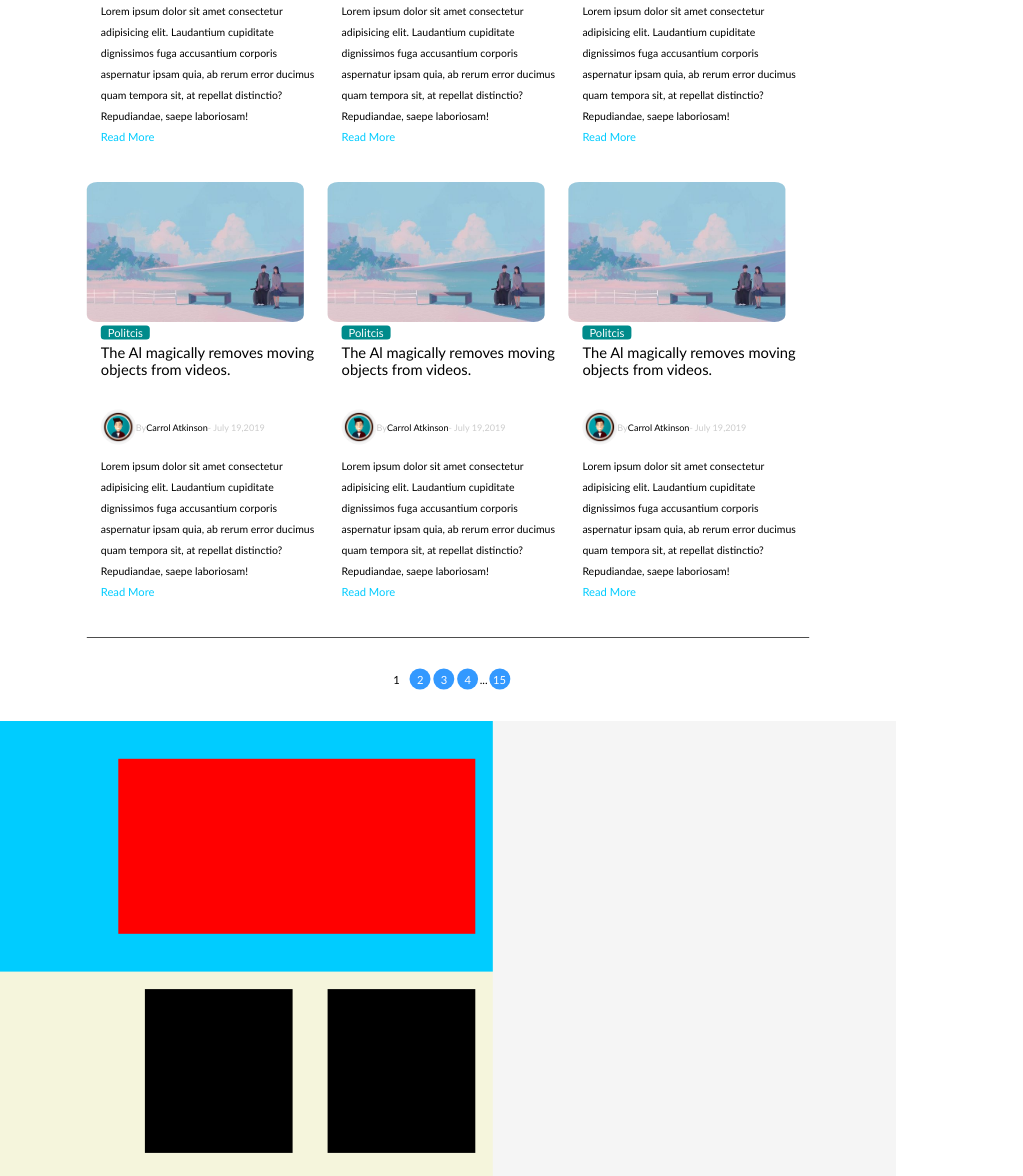
Repository: giacatdat2k5/html3
Page: html3.vs/7.1.html
These files come from the project's save history. The page is drawn as it stood at one moment and after the next save; the edit follows.
The browser window is 1280 px wide. The page is 1462 px wide, so the pictures cover 1462 px, including what lies to the right of the window. The pictures show the part of the page from y = 1710 to 3390 px (the page is 3390 px tall), at 70% of full size.

Above is the page before, as saved 2023-09-27 19:54:14.

### html3.vs/7.1.html
<!DOCTYPE html>
<html lang="en">
<head>
    <meta charset="UTF-8">
    <meta name="viewport" content="width=device-width, initial-scale=1.0">
    <title>7.2</title>
    <link rel="stylesheet" type="text/css" href="7.1.css">
    <link rel="stylesheet" href="https://cdnjs.cloudflare.com/ajax/libs/font-awesome/6.4.2/css/all.min.css"/>
</head>
<body>
    <div id="header">
        <div class="logo">Zent's Blog </div>
        <div class="menu">
            <div class="items">Home</div>
            <div class="items">Politcis</div>
            <div class="items">Tech</div>
            <div class="items">Entertaiment</div>
            <div class="items">Travels</div>
            <div class="items">Sports</div>
            <div class="search"><i class="fa-solid fa-magnifying-glass"></i></div>
        </div>
    </div>
    <div id="content">
        <div class="left">
            <div class="imageleft">
                <div class="iamge1">
                    <div class="edit">The Al magically removes moving objects from videos.</div>
                </div>
                <div class="iamge2">
                    <div class="edit">The Al magically removes moving objects from videos.</div>
                </div>
            </div>
        </div>
        <div class="center">
            <div class="imagecenter">
                <div class="iamge3">
                    <div class="edit">The Al magically removes moving objects from videos.</div>
                </div>
            </div>
        </div>
        <div class="right">
            <div class="iamgeright">
                <div class="iamge4">
                    <div class="edit">
                        The 20 Biggest Fintech Companies In
                        America 2019.</div>
                </div>
                <div class="iamge5">
                    <div class="edit">
                        The 20 Biggest Fintech Companies In
                        America 2019.</div>
                </div>
            </div>
        </div>
    </div>
    <div id="header2">Recent Posts
    </div>
    <div id="content2">
        <div class="centercontent2">
            <div class="ccitems">
                <div class="picture"></div>
                <div class="tag">
                    <div class="tagitem">Politcis</div>
                </div>
                <div class="text">The Al magically removes moving objects from videos.</div>
                <div class="author">
                <div class="avt"></div>
                <div class="name">
                    <span class="c">By</span>
                    Carrol Atkinson
                    <span class="c">- July 19,2019</span>
                </div>
                </div>
                <div class="lorem">Lorem ipsum dolor sit amet consectetur adipisicing elit. Laudantium cupiditate dignissimos fuga accusantium corporis aspernatur ipsam quia, ab rerum error ducimus quam tempora sit, at repellat distinctio? Repudiandae, saepe laboriosam!</div>
                <div class="read"> Read More</div>
            </div>
            <div class="ccitems"><div class="picture"></div>
            <div class="tag">
                <div class="tagitem">Politcis</div>
            </div>
            <div class="text">The Al magically removes moving objects from videos.</div>
            <div class="author">
            <div class="avt"></div>
            <div class="name">
                <span class="c">By</span>
                Carrol Atkinson
                <span class="c">- July 19,2019</span>
            </div>
            </div>
            <div class="lorem">Lorem ipsum dolor sit amet consectetur adipisicing elit. Laudantium cupiditate dignissimos fuga accusantium corporis aspernatur ipsam quia, ab rerum error ducimus quam tempora sit, at repellat distinctio? Repudiandae, saepe laboriosam!</div>
            <div class="read"> Read More</div></div>
            <div class="ccitems"><div class="picture"></div>
            <div class="tag">
                <div class="tagitem">Politcis</div>
            </div>
            <div class="text">The Al magically removes moving objects from videos.</div>
            <div class="author">
            <div class="avt"></div>
            <div class="name">
                <span class="c">By</span>
                Carrol Atkinson
                <span class="c">- July 19,2019</span>
            </div>
            </div>
            <div class="lorem">Lorem ipsum dolor sit amet consectetur adipisicing elit. Laudantium cupiditate dignissimos fuga accusantium corporis aspernatur ipsam quia, ab rerum error ducimus quam tempora sit, at repellat distinctio? Repudiandae, saepe laboriosam!</div>
            <div class="read"> Read More</div></div>
            <div class="ccitems"><div class="picture"></div>
            <div class="tag">
                <div class="tagitem">Politcis</div>
            </div>
            <div class="text">The Al magically removes moving objects from videos.</div>
            <div class="author">
            <div class="avt"></div>
            <div class="name">
                <span class="c">By</span>
                Carrol Atkinson
                <span class="c">- July 19,2019</span>
            </div>
            </div>
            <div class="lorem">Lorem ipsum dolor sit amet consectetur adipisicing elit. Laudantium cupiditate dignissimos fuga accusantium corporis aspernatur ipsam quia, ab rerum error ducimus quam tempora sit, at repellat distinctio? Repudiandae, saepe laboriosam!</div>
            <div class="read"> Read More</div></div>
            <div class="ccitems"><div class="picture"></div>
            <div class="tag">
                <div class="tagitem">Politcis</div>
            </div>
            <div class="text">The Al magically removes moving objects from videos.</div>
            <div class="author">
            <div class="avt"></div>
            <div class="name">
                <span class="c">By</span>
                Carrol Atkinson
                <span class="c">- July 19,2019</span>
            </div>
            </div>
            <div class="lorem">Lorem ipsum dolor sit amet consectetur adipisicing elit. Laudantium cupiditate dignissimos fuga accusantium corporis aspernatur ipsam quia, ab rerum error ducimus quam tempora sit, at repellat distinctio? Repudiandae, saepe laboriosam!</div>
            <div class="read"> Read More</div></div>
            <div class="ccitems"><div class="picture"></div>
            <div class="tag">
                <div class="tagitem">Politcis</div>
            </div>
            <div class="text">The Al magically removes moving objects from videos.</div>
            <div class="author">
            <div class="avt"></div>
            <div class="name">
                <span class="c">By</span>
                Carrol Atkinson
                <span class="c">- July 19,2019</span>
            </div>
            </div>
            <div class="lorem">Lorem ipsum dolor sit amet consectetur adipisicing elit. Laudantium cupiditate dignissimos fuga accusantium corporis aspernatur ipsam quia, ab rerum error ducimus quam tempora sit, at repellat distinctio? Repudiandae, saepe laboriosam!</div>
            <div class="read"> Read More</div></div>
            <div class="ccitems"><div class="picture"></div>
            <div class="tag">
                <div class="tagitem">Politcis</div>
            </div>
            <div class="text">The Al magically removes moving objects from videos.</div>
            <div class="author">
            <div class="avt"></div>
            <div class="name">
                <span class="c">By</span>
                Carrol Atkinson
                <span class="c">- July 19,2019</span>
            </div>
            </div>
            <div class="lorem">Lorem ipsum dolor sit amet consectetur adipisicing elit. Laudantium cupiditate dignissimos fuga accusantium corporis aspernatur ipsam quia, ab rerum error ducimus quam tempora sit, at repellat distinctio? Repudiandae, saepe laboriosam!</div>
            <div class="read"> Read More</div></div>
            <div class="ccitems"><div class="picture"></div>
            <div class="tag">
                <div class="tagitem">Politcis</div>
            </div>
            <div class="text">The Al magically removes moving objects from videos.</div>
            <div class="author">
            <div class="avt"></div>
            <div class="name">
                <span class="c">By</span>
                Carrol Atkinson
                <span class="c">- July 19,2019</span>
            </div>
            </div>
            <div class="lorem">Lorem ipsum dolor sit amet consectetur adipisicing elit. Laudantium cupiditate dignissimos fuga accusantium corporis aspernatur ipsam quia, ab rerum error ducimus quam tempora sit, at repellat distinctio? Repudiandae, saepe laboriosam!</div>
            <div class="read"> Read More</div></div>
            <div class="ccitems"><div class="picture"></div>
            <div class="tag">
                <div class="tagitem">Politcis</div>
            </div>
            <div class="text">The Al magically removes moving objects from videos.</div>
            <div class="author">
            <div class="avt"></div>
            <div class="name">
                <span class="c">By</span>
                Carrol Atkinson
                <span class="c">- July 19,2019</span>
            </div>
            </div>
            <div class="lorem">Lorem ipsum dolor sit amet consectetur adipisicing elit. Laudantium cupiditate dignissimos fuga accusantium corporis aspernatur ipsam quia, ab rerum error ducimus quam tempora sit, at repellat distinctio? Repudiandae, saepe laboriosam!</div>
            <div class="read"> Read More</div></div>
            </div>
        </div>
    <div class="page">
        <div class="kofull">1</div>
        <div class="full">2</div>
        <div class="full">3</div>
        <div class="full">4</div>
        <div class="kofullfull">...</div>
        <div class="full">15</div>
    </div>
    <div class="content3">
        <div class="content3left">
            <div class="c3l1">
                <div class="c3l4"></div>
            </div>
            <div class="c3l2">
                <div class="c3l3"></div>
                <div class="c3l3"></div>
            </div>
        </div>
        <div class="content3right">
            <div class="c3r"></div>
        </div>
    </div>
</body>
</html>

### html3.vs/7.1.css
@media all and (min-width: 992px){
*{
    margin:0;
    padding: 0;
    font-family:'Trebuchet MS', 'Lucida Sans Unicode', 'Lucida Grande', 'Lucida Sans', Arial, sans-serif;
}
#header{
    width: 100%;
    height: 3em;
    display: flex;
    justify-content: space-between;
}
.logo{
    font-size: 20px;
    width: 120px;
    text-align: center;
    padding: 10px;
    font-weight: bold;
    font-family:'Trebuchet MS', 'Lucida Sans Unicode', 'Lucida Grande', 'Lucida Sans', Arial, sans-serif;

}
.menu{
    width: 510px;
    display: flex;
}
.items{
    width: 90px;
    padding: 10px;
    font-weight: bold;
    font-family:'Trebuchet MS', 'Lucida Sans Unicode', 'Lucida Grande', 'Lucida Sans', Arial, sans-serif;
}
.search{
    width: 30px;
    padding: 10px;
}
#content{
    width: 100%;
    height: 430px;
    background-color:whitesmoke;
    display: flex;
}
.left{
    width: 38%;
    height: 100%;

    display: flex;
    justify-content: right;
    align-items: center;
}
.center{
    width: 26%;
    height: 100%;
    display: flex;
    align-items:center;
    justify-content: center;
}
.right{
    width: 38%;
    height: 100%;

    display: flex;
    justify-content: left;
    align-items: center;
}
.imageleft{
    width: 65%;
    height: 100%;
    display: flex;
    flex-wrap: wrap;
    align-items: center;
}
.iamge1{
    background-image: url('image5.jpeg');
    background-size: cover;
    width: 100%;
    height: 160px;
    display:flex;
    align-items: end;
}
.iamge2{
    background-image: url('image3.jpeg');
    background-size: cover;
    width: 100%;
    height: 160px;
    display:flex;
    align-items: end;
}
.edit{
    width: 100%;
    height: 80%;
    background: linear-gradient(to bottom, transparent, rgba(0, 0, 0, 1));
    color:white;
    display:flex;
    align-items: end;
    padding-left: 20px;
    padding-bottom: 20px;
    padding-right: 20px;
    font-family:'Trebuchet MS', 'Lucida Sans Unicode', 'Lucida Grande', 'Lucida Sans', Arial, sans-serif;
    font-size: small;
    text-shadow: 0 0 10px rgba(0, 0, 0, 0.5);
}
.imagecenter{
    width: 80%;
    height:372px;
    align-items:center;
    justify-content: center;
}
.iamge3{
    background-image: url('anh dọc.jpeg');
    background-size: cover;
    width: 100%;
    height: 100%;
    display:flex;
    align-items: end;
}
.iamgeright{
    width: 65%;
    height: 100%;
    display: flex;
    flex-wrap: wrap;
    align-items: center;
}
.iamge4{
    background-image: url('anh ngang 1.jpeg');
    background-size: cover;
    width: 100%;
    height: 160px;
    display:flex;
    align-items: end;
}
.iamge5{
    background-image: url('ảnh ngnag 2.jpeg');
    background-size: cover;
    width: 100%;
    height: 160px;
    display:flex;
    align-items: end;
}
#header2{
    width: 100%;
    height: 6em;
    font-size:xx-large;
    display: flex;
    align-items: center;
    padding-left: 182px;
}
#content2{
    width: 100%;
    height: 1950px;
    display: flex;
    justify-content: center
}
.centercontent2{
    width:1032px;
    height: 100%;
    display: flex;
    flex-wrap: wrap;
    border-bottom: 1px solid black;
}
.ccitems{
    width: 33.33333%;
    height: 33.333333%;
}
.picture{
    width: 90%;
    height: 200px;
    background-image: url('anh ngang 1.jpeg');
    background-size: cover;
    border-radius: 5%;
}
.tag{
    width: 90%;
    height: 30px;
    display: flex;
    align-items: center;
    padding-left: 20px;
}
.tagitem{
    width: 70px;
    height: 20px;
    color: white;
    background-color: darkcyan;
    border-radius: 5px;
    display: flex;
    justify-content: center;
    align-items: center;
}
.text{
    width: 90%;
    height: 80px;
    display: flex;
    padding-left: 20px;
    font-size: 21px;
}
.author{
    width: 90%;
    height: 80px;
    display: flex;
    align-items: center;
    padding-left: 20px;
}
.avt{
    width: 50px;
    height: 50px;
    background-image: url('pngtree-hand-draw-person-avatar-icon-vector-png-image_7102689.png');
    background-size: cover;
    border-radius: 50%;
}
.name{
    width: 260px;
    height: 100%;
    display: flex;
    align-items: center;
    font-size: small;
}
.c{
    color: #ccc;
}
.lorem{
    width: 90%;
    height: 185px;
    display: flex;
    padding-left: 20px;
    font-size: 15px;
    line-height: 30px;
    font-weight:lighter;
}
.read{
    width: 90%;
    height: 80px;
    display: flex;
    padding-left: 20px;
    color:#00CCFF;
}
.page{
    width: 100%;
    height: 120px;
    display: flex;
    justify-content: center;
    align-items:center;
}
.kofull{
    color:black;
    background-color: white;
    margin:2px;
    width: 30px;
    height: 30px;
    display: flex;
    align-items: center;
    justify-content: center;
}
.full{
    color:white;
    background-color: #3399FF;
    margin:2px;
    width: 30px;
    height: 30px;
    border-radius: 50%;
    display: flex;
    align-items: center;
    justify-content: center;
}
.content3{
    width: 100%;
    height: 650px;
    background-color:whitesmoke;
    display: flex;
}
.content3left{
    width: 55%;
    height: 100%;
    background-color: beige;
    display:flex ;
    flex-wrap: wrap;
}
.content3right{
    width: 45%;
    height: 100%;
}
.c3l1{
    width: 100%;
    height: 55%;
    background-color: #00CCFF;
    display: flex;
    align-items: center;
    justify-content: end;
}
.c3l4{
    width: 510px;
    height: 70%;
    background-color:red;
    margin: 25px;
}
.c3l2{
    width: 100%;
    height: 45%;
    display: flex;
    align-items: start;
    justify-content: end;
}
.c3l3{
    width: 30%;
    height: 80%;
    background-color: black;
    margin: 25px;
}
.c3r{
    width: 70%;
    height: 564px;
    display: flex;
    align-items: center;;
}
}

After the next save:
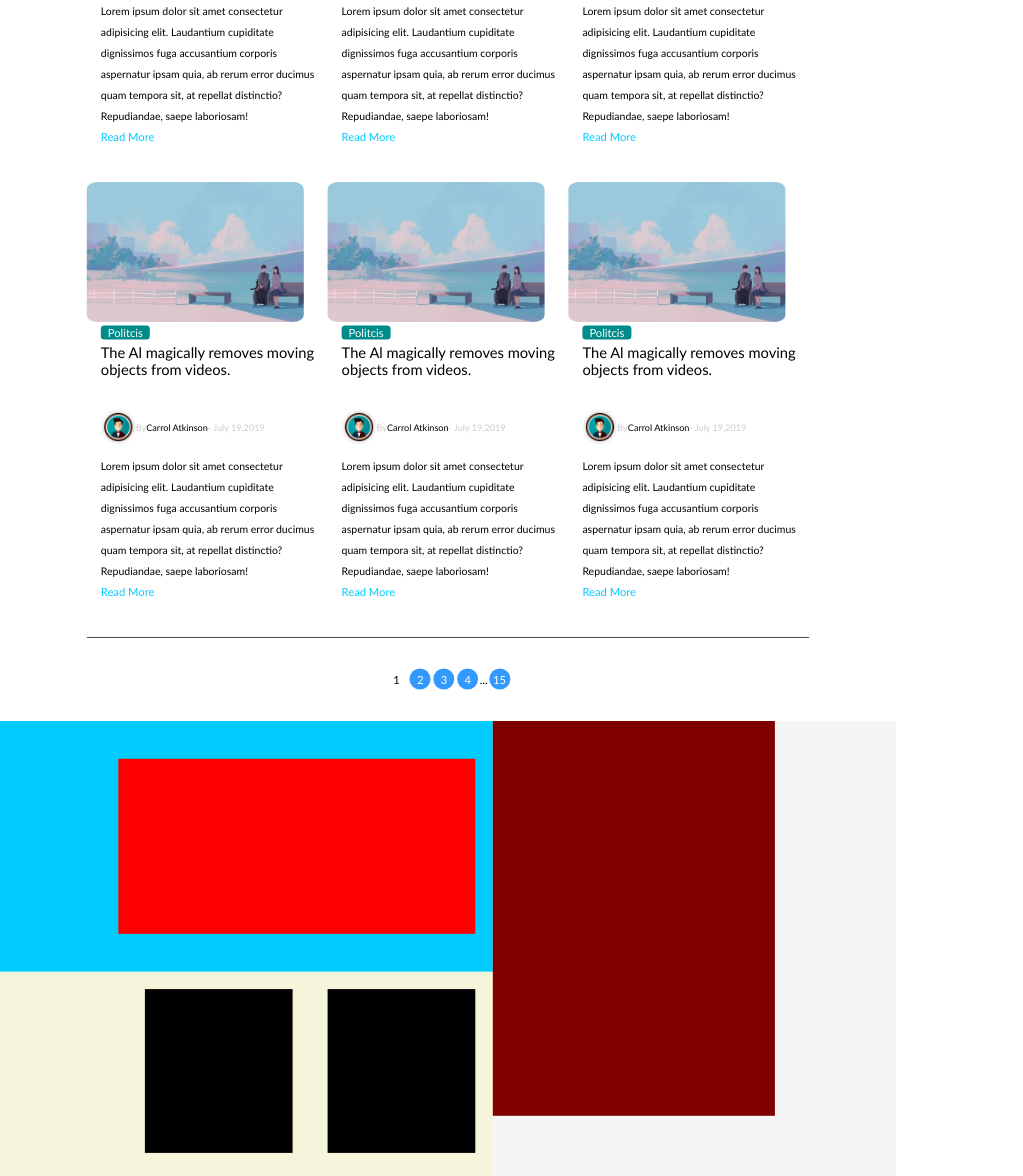
Saved 13 s later.
--- a/html3.vs/7.1.css
+++ b/html3.vs/7.1.css
@@ -308,6 +308,7 @@
     width: 70%;
     height: 564px;
     display: flex;
-    align-items: center;;
-}
-}
+    align-items: center;
+    background-color: maroon;
+}
+}
